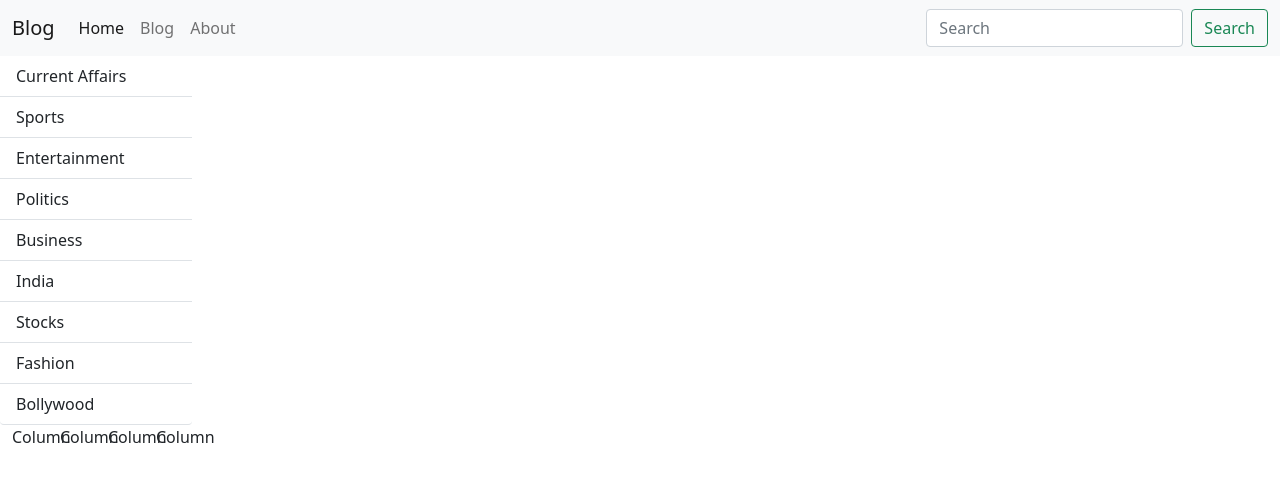
Repository: syni18/bootstrap_blog
Page: index.html
These files come from the project's save history. The page is drawn as it stood at one moment and after the next save; the edit follows.
The browser window is 1280 px wide. The pictures show the whole page.

Above is the page before, as saved 2023-10-25 21:12:08.

### index.html
<!DOCTYPE html>
<html lang="en">
<head>
    <meta charset="UTF-8">
    <meta name="viewport" content="width=device-width, initial-scale=1.0">
     <link href="https://cdn.jsdelivr.net/npm/bootstrap@5.0.2/dist/css/bootstrap.min.css" rel="stylesheet" integrity="sha384-EVSTQN3/azprG1Anm3QDgpJLIm9Nao0Yz1ztcQTwFspd3yD65VohhpuuCOmLASjC" crossorigin="anonymous">
    <script src="https://cdn.jsdelivr.net/npm/bootstrap@5.0.2/dist/js/bootstrap.bundle.min.js" integrity="sha384-MrcW6ZMFYlzcLA8Nl+NtUVF0sA7MsXsP1UyJoMp4YLEuNSfAP+JcXn/tWtIaxVXM" crossorigin="anonymous"></script>
    <title>Blogging</title>
</head>
<body>
    <nav class="navbar navbar-expand-lg navbar-light bg-light">
      <div class="container-fluid">
        <a class="navbar-brand" href="#">
          Blog
        </a>
        <button
          class="navbar-toggler"
          type="button"
          data-bs-toggle="collapse"
          data-bs-target="#navbarSupportedContent"
          aria-controls="navbarSupportedContent"
          aria-expanded="false"
          aria-label="Toggle navigation"
        >
          <span class="navbar-toggler-icon"></span>
        </button>
        <div class="collapse navbar-collapse" id="navbarSupportedContent">
          <ul class="navbar-nav me-auto mb-2 mb-lg-0">
            <li class="nav-item">
              <a class="nav-link active" aria-current="page" href="#">
                Home
              </a>
            </li>
            <li class="nav-item">
              <a class="nav-link" href="#">
                Blog
              </a>
            </li>
            <!-- <li class="nav-item dropdown">
              <a
                class="nav-link dropdown-toggle"
                href="#"
                id="navbarDropdown"
                role="button"
                data-bs-toggle="dropdown"
                aria-expanded="false"
              >
                Dropdown
              </a>
              <ul class="dropdown-menu" aria-labelledby="navbarDropdown">
                <li>
                  <a class="dropdown-item" href="#">
                    Action
                  </a>
                </li>
                <li>
                  <a class="dropdown-item" href="#">
                    Another action
                  </a>
                </li>
                <li>
                  <hr class="dropdown-divider" />
                </li>
                <li>
                  <a class="dropdown-item" href="#">
                    Something else here
                  </a>
                </li>
              </ul>
            </li> -->
            <li class="nav-item">
              <a class="nav-link" href="#">
                About
              </a>
            </li>
          </ul>
          <form class="d-flex">
            <input
              class="form-control me-2"
              type="search"
              placeholder="Search"
              aria-label="Search"
            />
            <button class="btn btn-outline-success" type="submit">
              Search
            </button>
          </form>
        </div>
      </div>
    </nav>
    <div class="p-0 flex" style="width: 15%;">
          <ul class="list-group">
            <li class="list-group-item border-0 border-bottom">Current Affairs</li>
            <li class="list-group-item border-0 border-bottom">Sports</li>
            <li class="list-group-item border-0 border-bottom">Entertainment</li>
            <li class="list-group-item border-0 border-bottom">Politics</li>
            <li class="list-group-item border-0 border-bottom">Business</li>
            <li class="list-group-item border-0 border-bottom">India</li>
            <li class="list-group-item border-0 border-bottom">Stocks</li>
            <li class="list-group-item border-0 border-bottom">Fashion</li>
            <li class="list-group-item border-0 border-bottom">Bollywood</li>
          </ul>
          <div class="container text-center">
              <div class="row row-cols-1 row-cols-sm-2 row-cols-md-4">
                  <div class="col">Column</div>
                  <div class="col">Column</div>
                  <div class="col">Column</div>
                  <div class="col">Column</div>
                </div>
            </div>
</div>
</body>
</html>

After the next save:
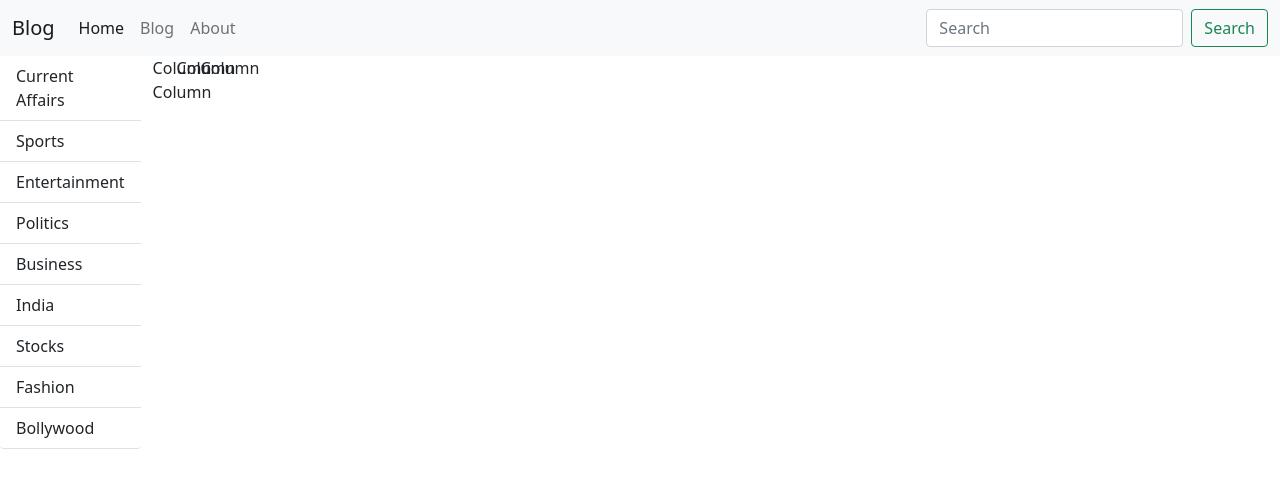
Saved 37 s later.
--- a/index.html
+++ b/index.html
@@ -88,7 +88,7 @@
         </div>
       </div>
     </nav>
-    <div class="p-0 flex" style="width: 15%;">
+    <div class="p-0 d-flex" style="width: 15%;">
           <ul class="list-group">
             <li class="list-group-item border-0 border-bottom">Current Affairs</li>
             <li class="list-group-item border-0 border-bottom">Sports</li>
